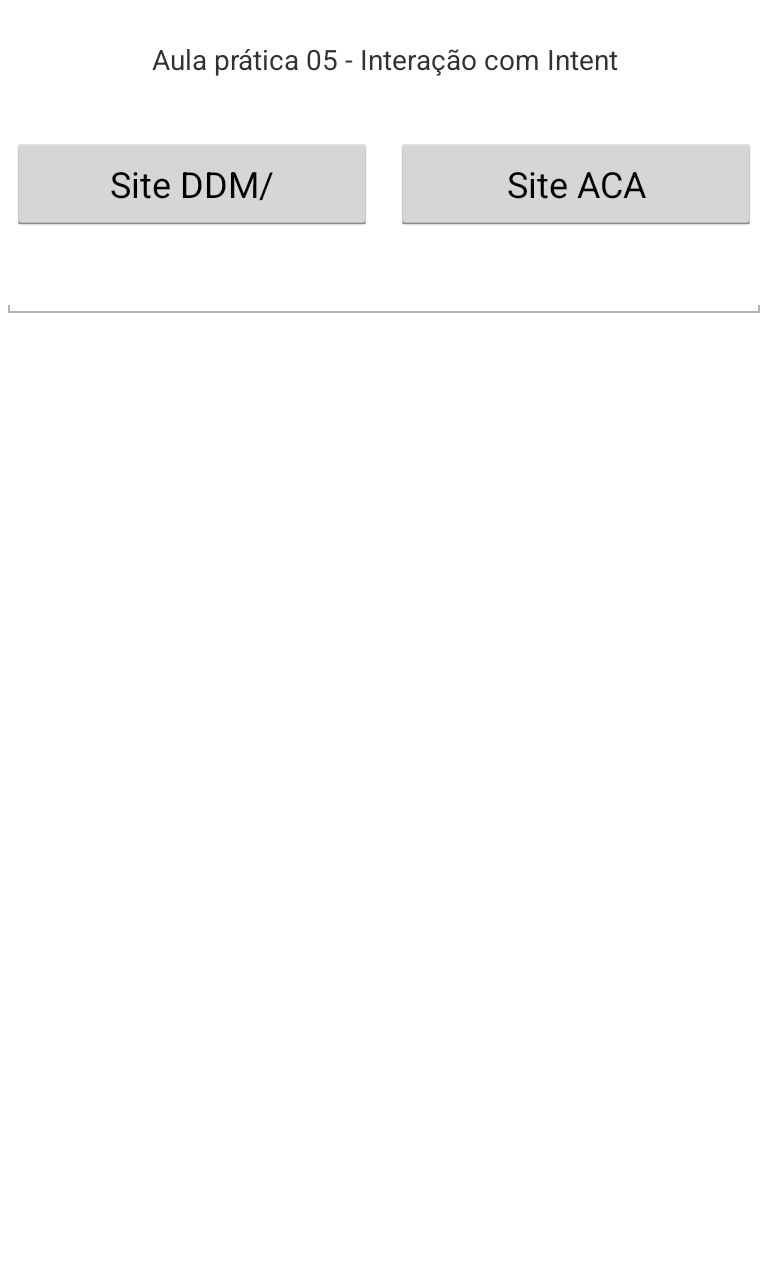
Repository: gokugohan/ddm
Layout: Aulas/res/layout/fragment_aula05.xml
These files come from the project's save history. The layout is drawn as it stood at one moment and after the next save; the edit follows.
It is drawn on a 768 x 1280 px phone screen (xhdpi) without system bars, with theme AppTheme; the app's code is not run.

Above is the layout before, as saved 2014-11-03 11:43:04.

After the next save:
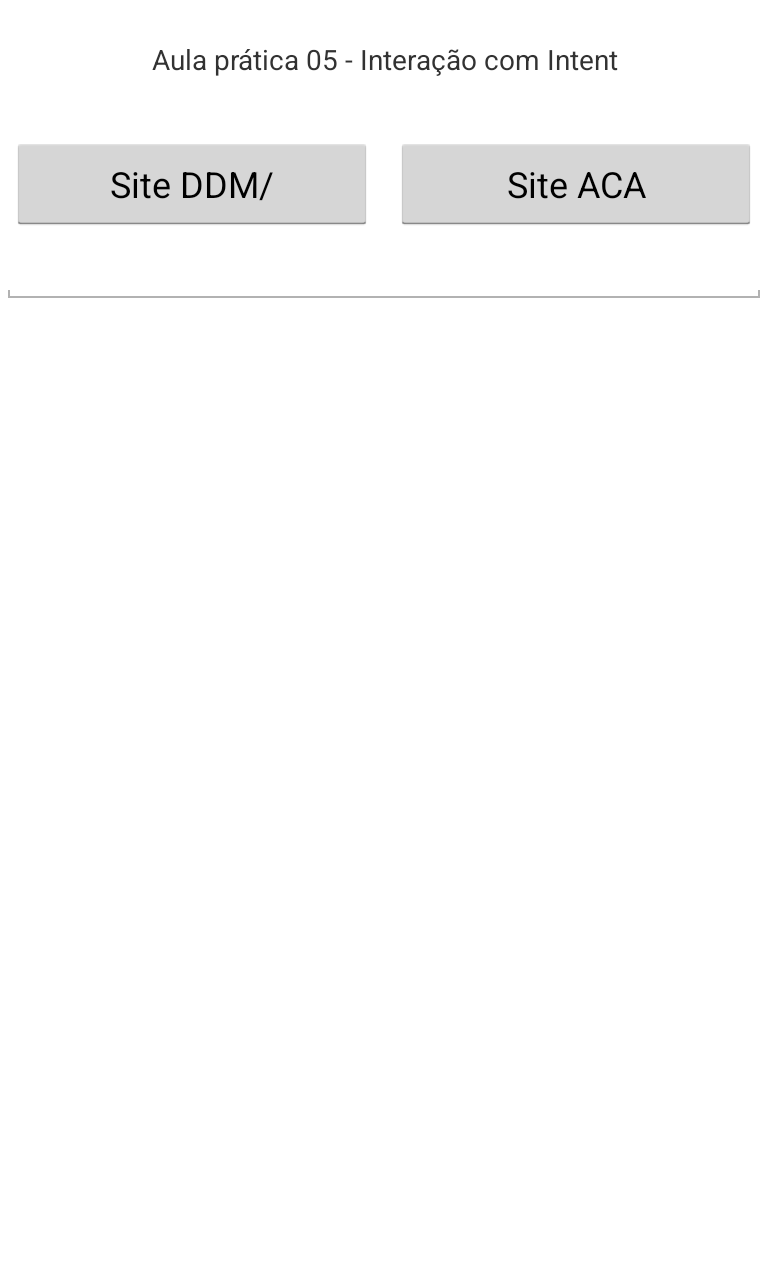
Saved 10 s later.
--- a/Aulas/res/layout/fragment_aula05.xml
+++ b/Aulas/res/layout/fragment_aula05.xml
@@ -44,7 +44,8 @@
         <EditText
             android:id="@+id/id_et_url"
             android:layout_width="match_parent"
-            android:layout_height="wrap_content" />
+            android:layout_height="wrap_content"
+            android:textSize="12sp"/>
     </LinearLayout>
 
 </LinearLayout>
